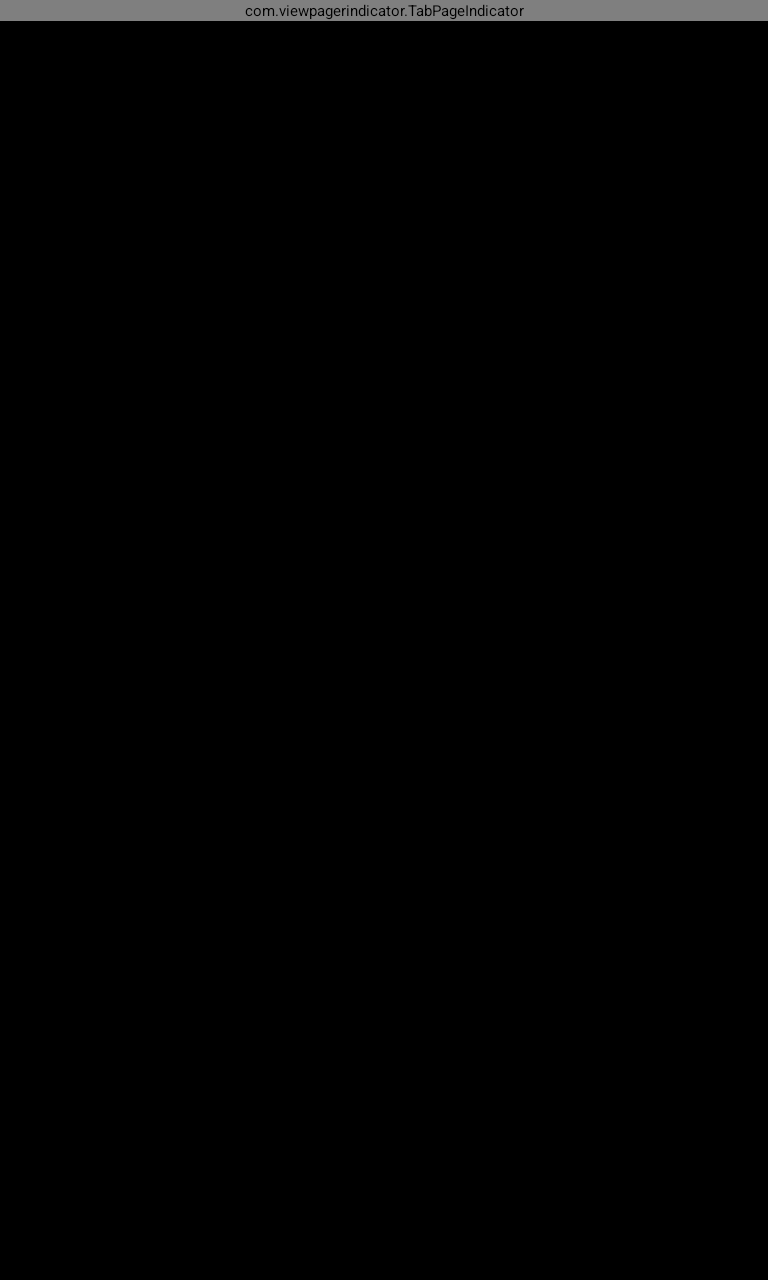
Repository: FranzPoize/ISTISN-Android
Layout: istisn/res/layout/activity_istisn.xml
These files come from the project's save history. The layout is drawn as it stood at one moment and after the next save; the edit follows.
Pictures or frames that could not be fetched are drawn as grey boxes. It is drawn on a 768 x 1280 px phone screen (xhdpi) without system bars, with theme Theme.VPI; the app's code is not run. Lists and similar views that code fills are empty.

Above is the layout before, as saved 2012-11-27 01:30:56.

### istisn/res/layout/activity_istisn.xml
<RelativeLayout xmlns:android="http://schemas.android.com/apk/res/android"
    android:layout_width="match_parent"
    android:layout_height="match_parent"
    >
    <ImageView
        android:layout_width="match_parent"
    	android:layout_height="match_parent"
    	android:src="@drawable/splashscreenfrench"/>
    <LinearLayout
	    android:orientation="horizontal"
	    android:layout_width="match_parent"
	    android:layout_height="match_parent"
	    android:id="@+id/splashLayout">
		<LinearLayout
		    android:orientation="vertical"
		    android:layout_width="match_parent"
		    android:layout_height="match_parent"
		    android:background="@color/black"
		    android:id="@+id/actualActivity" >
			<com.viewpagerindicator.TabPageIndicator
		        android:id="@+id/indicator"
		        android:layout_width="match_parent"
		        android:layout_height="wrap_content"/>
		    <android.support.v4.view.ViewPager
		        android:id="@+id/viewpager"
		        android:layout_weight="1"
		        android:layout_width="match_parent"
		        android:layout_height="0dp"
		        />
		</LinearLayout>
	</LinearLayout>
</RelativeLayout>

### istisn/res/values/styles.xml
<resources xmlns:android="http://schemas.android.com/apk/res/android">
<!-- This is our main ActionBarSherlock theme -->
    <style name="Theme.Styled" parent="Theme.Sherlock.Light.DarkActionBar">
        <item name="actionBarStyle">@style/Widget.Styled.ActionBar</item>
        <item name="android:actionBarStyle">@style/Widget.Styled.ActionBar</item>
    </style><!-- This is our ViewPagerIndicator theme. We inherit from the ABS theme -->
    <style name="Theme.VPI" parent="Theme.Styled">
       <item name="vpiTabPageIndicatorStyle">@style/Widget.TabPageIndicator</item>
    </style>
    <!-- "Implementation" of our ABS custom theme -->
    <style name="Widget.Styled.ActionBar" parent="Widget.Sherlock.Light.ActionBar.Solid.Inverse">
        <item name="background">@color/black</item>
        <item name="android:background">@color/black</item>
    </style>

    <!-- More customizations for ABS -->
     <style name="TitleText" >
        <item name="android:textColor">@android:color/darker_gray</item>
        <item name="android:textSize">17dip</item>
    </style>
</resources>

### istisn/res/values/colors.xml
<resources>

    <color name="black">#000000</color>

</resources>

After the next save:
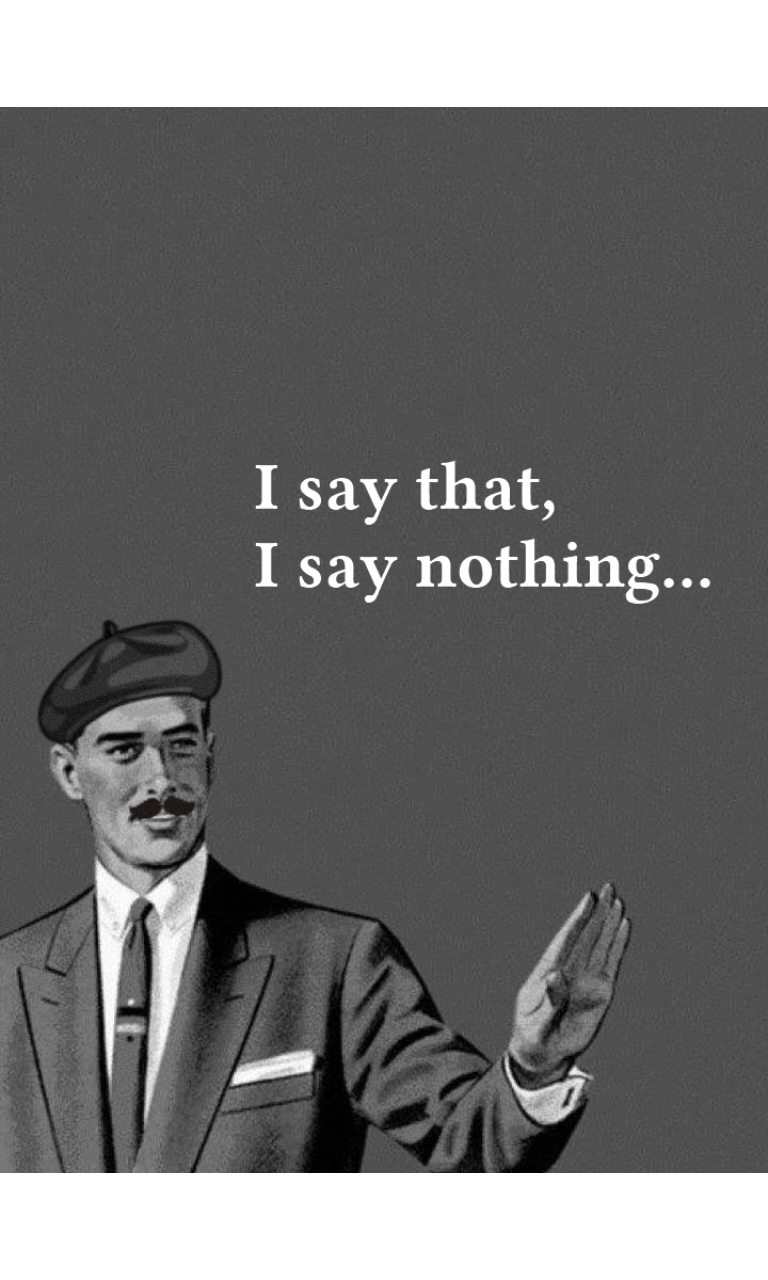
Saved 8 s later.
--- a/istisn/res/layout/activity_istisn.xml
+++ b/istisn/res/layout/activity_istisn.xml
@@ -10,7 +10,8 @@
 	    android:orientation="horizontal"
 	    android:layout_width="match_parent"
 	    android:layout_height="match_parent"
-	    android:id="@+id/splashLayout">
+	    android:id="@+id/splashLayout"
+	    android:visibility="gone">
 		<LinearLayout
 		    android:orientation="vertical"
 		    android:layout_width="match_parent"

After the 2 saves that followed:
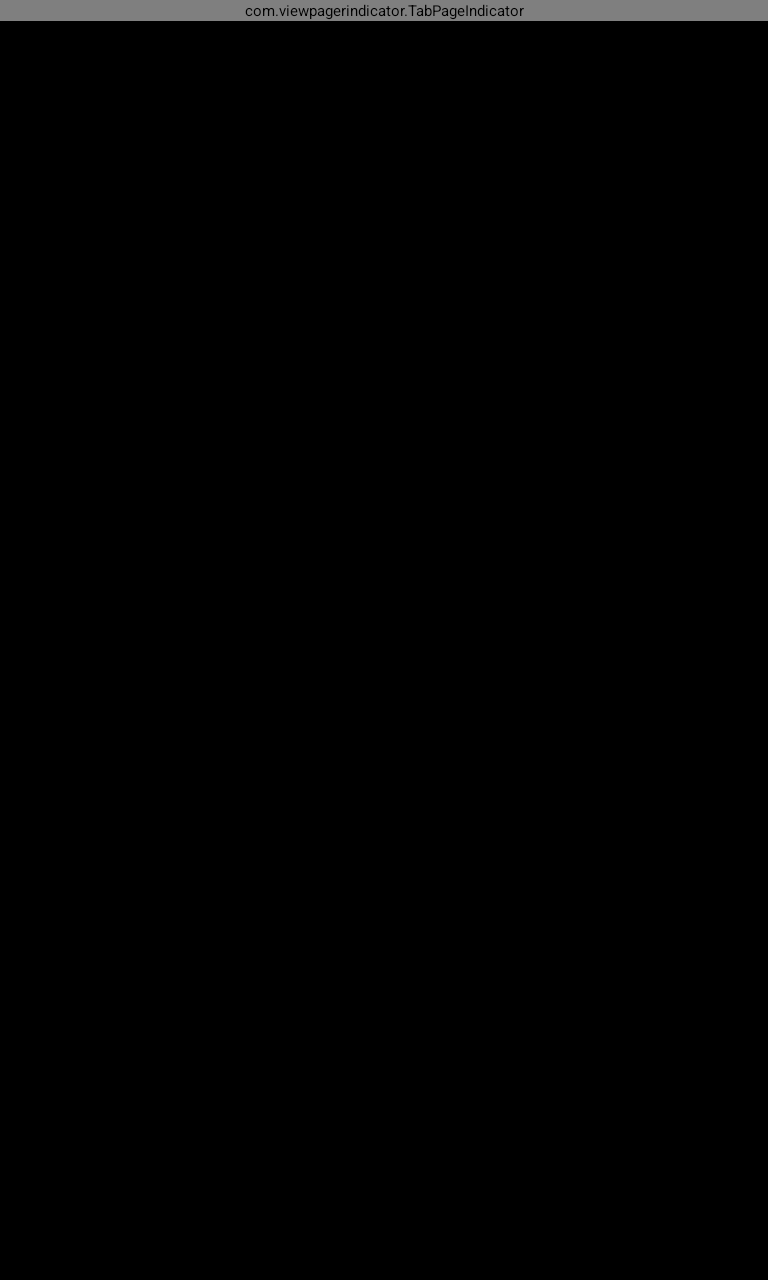
The 2 saves are shown as one change because 1 did not build or start.
The last was saved 3 min 48 s later.
--- a/istisn/res/layout/activity_istisn.xml
+++ b/istisn/res/layout/activity_istisn.xml
@@ -10,8 +10,7 @@
 	    android:orientation="horizontal"
 	    android:layout_width="match_parent"
 	    android:layout_height="match_parent"
-	    android:id="@+id/splashLayout"
-	    android:visibility="gone">
+	    android:id="@+id/splashLayout">
 		<LinearLayout
 		    android:orientation="vertical"
 		    android:layout_width="match_parent"
